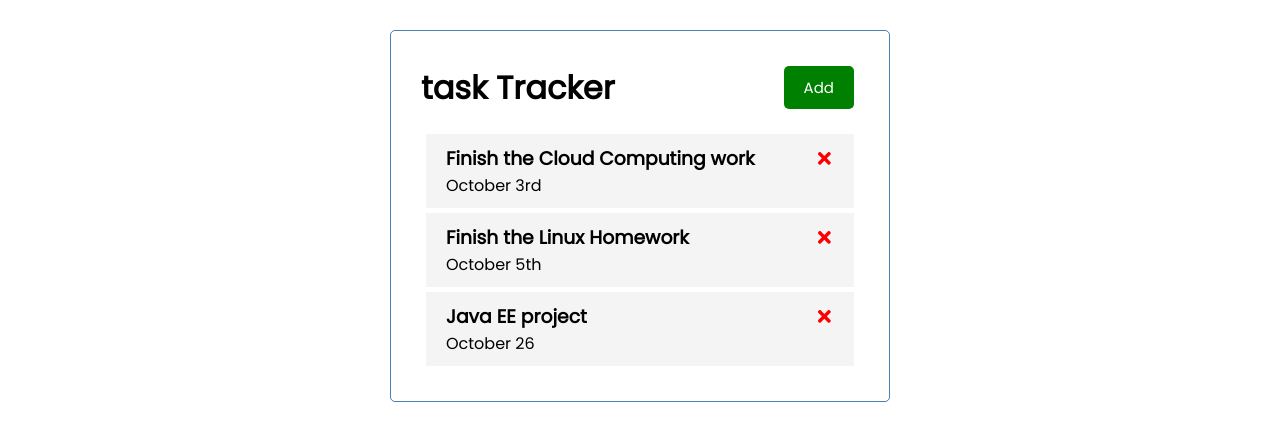
Repository: ds-mbappe/react-task-tracker
Page: /
The author's editor kept a copy of each file at every save. The page is drawn from the files as they stood at one save, then again after the next save.
The browser window is 1280 px wide. The pictures show the whole page.
The project was rebuilt for these pictures with package versions that can differ from the ones it lists, and the page was loaded fresh each time.

Above is the page before, as saved 2021-10-01 05:20:16.

### src/App.js
import { useState } from "react";
import Header from "./components/Header";
import Tasks from "./components/Tasks";

function App() {
  const [tasks, setTasks] = useState(
        [
            {
                id: 1,
                text: "Finish the Cloud Computing work",
                day: "October 3rd",
                reminder: true,
            },
            {
                id: 2,
                text: "Finish the Linux Homework",
                day: "October 5th",
                reminder: true,
            },
            {
                id: 3,
                text: "Java EE project",
                day: "October 26",
                reminder: false,
            }
        ]
    )


  // Delete Task
  const deleteTask = (id) => {
    setTasks(tasks.filter((task) => task.id !== id))
  }

  // Toogle reminder
  const toggleReminder = (id) => {
    setTasks(tasks.map((task) => task.id === id ? {...task, reminder: !task.reminder} : task))
  }

  return (
    <div className="container">
      <Header />
      {tasks.length > 0 ? <Tasks tasks={tasks} onDelete={deleteTask} onToggle={toggleReminder}/> : "No tasks to show..."}
    </div>
  );
}

export default App;

### src/components/Header.js
import PropTypes from "prop-types"
import Button from "./Button"

const Header = ({title}) => {
    return (
        <header className="header">
            <h1>{title}</h1>
            <Button color="green" text="Add" />
        </header>
    )
}

Header.defaultProps = {
    title: "task Tracker",
}

Header.propTypes = {
    title: PropTypes.string.isRequired,
}

export default Header

### src/components/Tasks.js
import Task from "./Task"

const Tasks = ({ tasks, onDelete, onToggle }) => {
    return (
        <>
            {tasks.map((task) => (<Task key={task.id} task={task} onDelete={onDelete} onToggle={onToggle}/>))}
        </>
    )
}

export default Tasks

### src/components/Button.js
import PropTypes from "prop-types"

const Button = ({ color, text }) => {
    return (
        <button className="btn" style={{backgroundColor: color}}>{text}</button>
    )
}

Button.defaultProps = {
    color: "steelblue",
}

Button.propTypes = {
    text: PropTypes.string,
    color: PropTypes.string,
}

export default Button

### src/components/Task.js
import { FaTimes } from "react-icons/fa"

const Task = ({ task, onDelete, onToggle }) => {
    return (
        <div className="task" onDoubleClick={() => onToggle(task.id)}>
            <h3>{task.text} <FaTimes style={{ color: "red", cursor: "pointer" }} onClick={() => onDelete(task.id)}/> </h3>
            <p>{task.day}</p>
        </div>
    )
}

export default Task

Loaded but not shown: public/index.html (common file); src/index.js (common file); src/index.css (common file); src/reportWebVitals.js (common file)

After the next save:
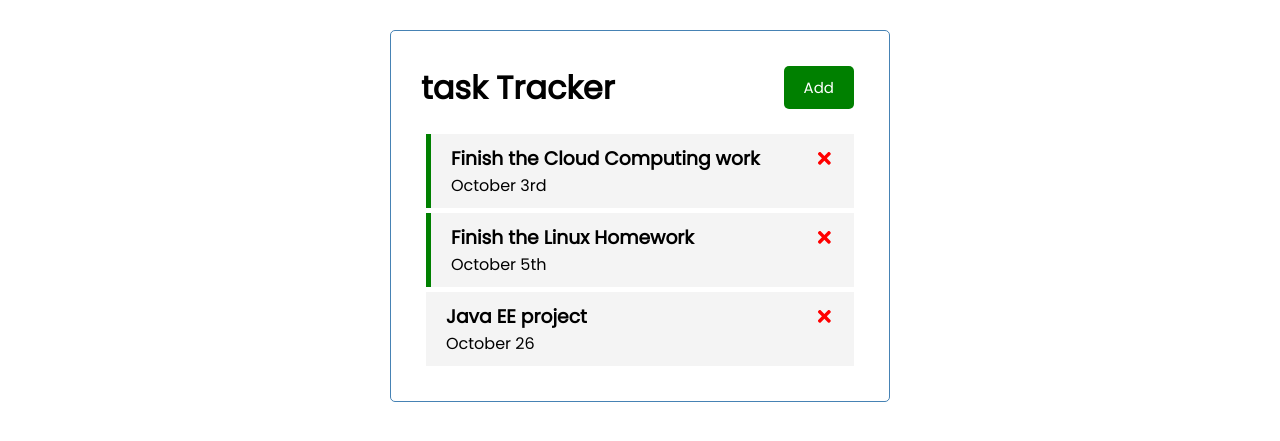
Saved 2 min 41 s later.
--- a/src/components/Task.js
+++ b/src/components/Task.js
@@ -2,7 +2,7 @@ import { FaTimes } from "react-icons/fa"
 
 const Task = ({ task, onDelete, onToggle }) => {
     return (
-        <div className="task" onDoubleClick={() => onToggle(task.id)}>
+        <div className={`task ${task.reminder ? "reminder" : ""}`} onDoubleClick={() => onToggle(task.id)}>
             <h3>{task.text} <FaTimes style={{ color: "red", cursor: "pointer" }} onClick={() => onDelete(task.id)}/> </h3>
             <p>{task.day}</p>
         </div>
